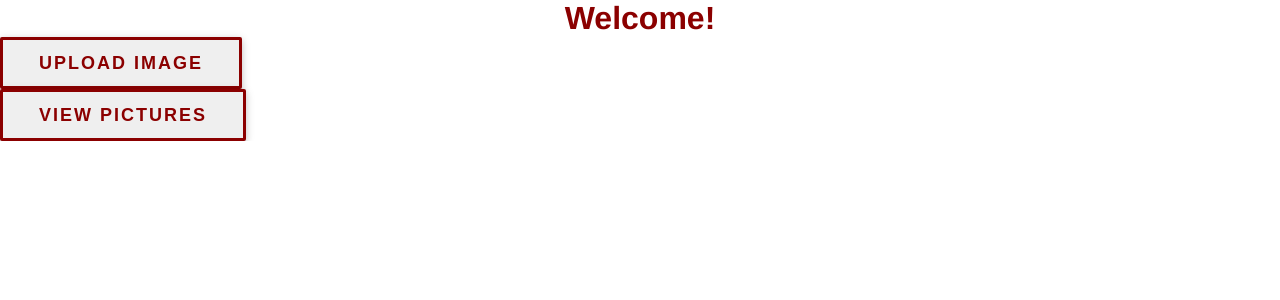
Repository: EricRobertCampbell/palaeo-fossil-classifier
Page: /dashboard (app in palaeo-fossil-classifier/)
The author's editor kept a copy of each file at every save. The page is drawn from the files as they stood at one save, then again after the next save.
The browser window is 1280 px wide. The pictures show the whole page.
Some web libraries are served in a nearby version. The project was rebuilt for these pictures with package versions that can differ from the ones it lists, and the page was loaded fresh each time. The framework's server and built-in components were replaced by stand-ins that run in the browser. Also part of the build but not shown: palaeo-fossil-classifier/next.config.ts, palaeo-fossil-classifier/app/admin.tsx, palaeo-fossil-classifier/app/classify.tsx.

Above is the page before, as saved 2024-11-30 15:07:58.

After the next save:
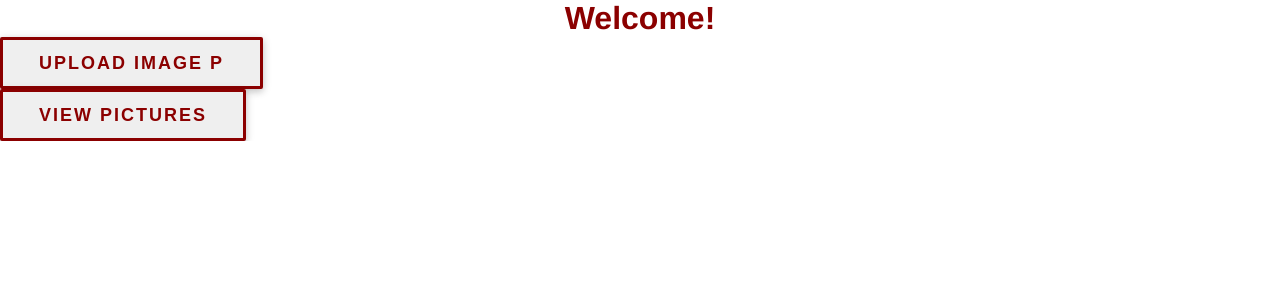
Saved 14 s later.
--- a/palaeo-fossil-classifier/app/dashboard/page.tsx
+++ b/palaeo-fossil-classifier/app/dashboard/page.tsx
@@ -31,7 +31,7 @@
                   handleAdmin();
                 }}
               >
-                <span className="nav-text">Upload Image</span>
+                <span className="nav-text">Upload Image p</span>
               </button>
             </li>
             <li className="">

After the save that followed:
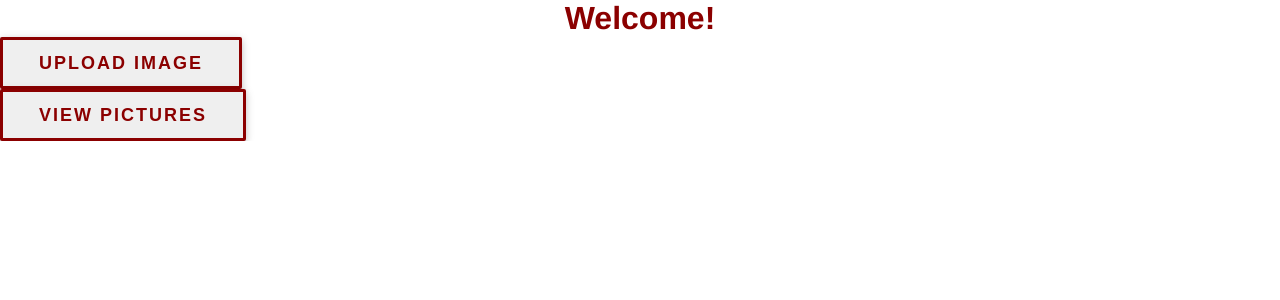
Saved 9 s later.
--- a/palaeo-fossil-classifier/app/dashboard/page.tsx
+++ b/palaeo-fossil-classifier/app/dashboard/page.tsx
@@ -31,7 +31,7 @@
                   handleAdmin();
                 }}
               >
-                <span className="nav-text">Upload Image p</span>
+                <span className="nav-text">Upload Image </span>
               </button>
             </li>
             <li className="">
